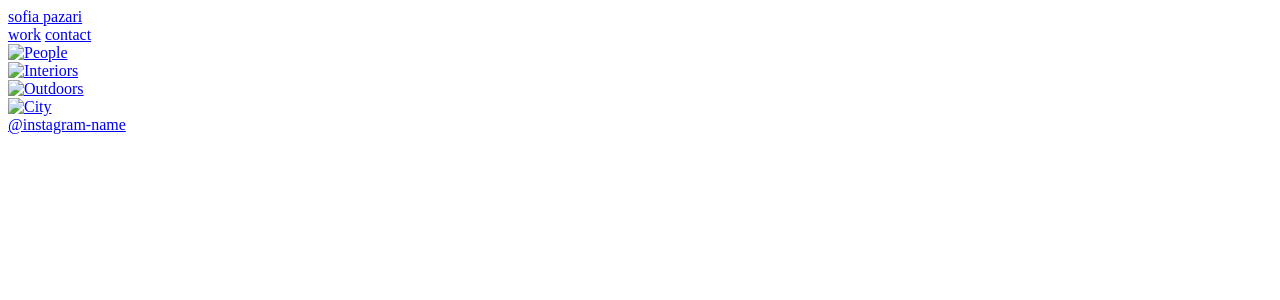
Repository: debthebuilder/pazari-squarespace-template
Page: index.html
These files come from the project's save history. The page is drawn as it stood at one moment and after the next save; the edit follows.
The browser window is 1280 px wide. The pictures show the whole page.

Above is the page before, as saved 2022-11-03 21:08:39.

### index.html
<!DOCTYPE html>
<html lang="en">
<head>
    <meta charset="UTF-8">
    <meta http-equiv="X-UA-Compatible" content="IE=edge">
    <meta name="viewport" content="width=device-width, initial-scale=1.0">
    <title>Pazari - Squarespace Template</title>
</head>
<body>
    <!--Navbar-->
    <nav>
        <a href="index.html" class="logo">sofia pazari</a>
        <div class="menu">
            <a href="work.html" class="nav-link">work</a>
            <a href="contact.html" class="nav-link">contact</a>
        </div>
    </nav>
    <!--Main Content-->
    <main class="grid">
        <div class="grid-item">
            <a href="#" class="portfolio-link">
                <img src="#" alt="People" class="portfolio-img" />
            </a>
        </div>
        <div class="grid-item">
            <a href="#" class="portfolio-link">
                <img src="#" alt="Interiors" class="portfolio-img" />
            </a>
        </div>
        <div class="grid-item">
            <a href="#" class="portfolio-link">
                <img src="#" alt="Outdoors" class="portfolio-img" />
            </a>
        </div>
        <div class="grid-item">
            <a href="#" class="portfolio-link">
                <img src="#" alt="City" class="portfolio-img" />
            </a>
        </div>
    </main>
    <!--Footer-->
    <footer class="footer">
        <a href="#" class="footer-link">@instagram-name</a>
        <span></span>
    </footer>
</body>
</html>

After the next save:
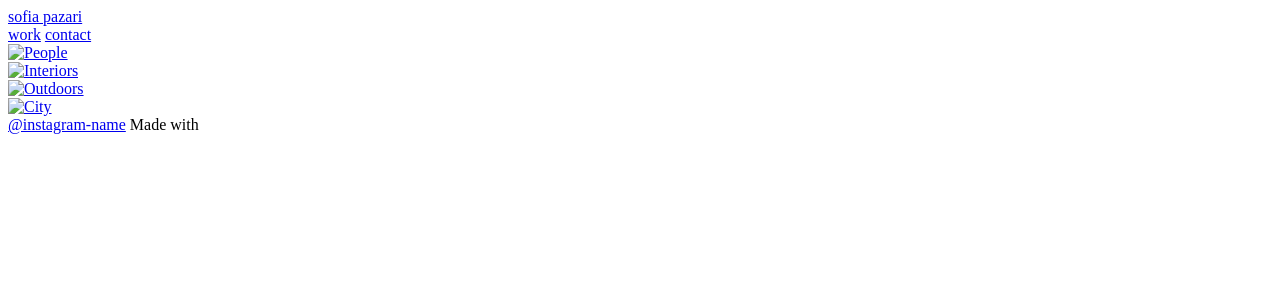
Saved 9 s later.
--- a/index.html
+++ b/index.html
@@ -41,7 +41,7 @@
     <!--Footer-->
     <footer class="footer">
         <a href="#" class="footer-link">@instagram-name</a>
-        <span></span>
+        <span>Made with <a href=""</span>
     </footer>
 </body>
 </html>
